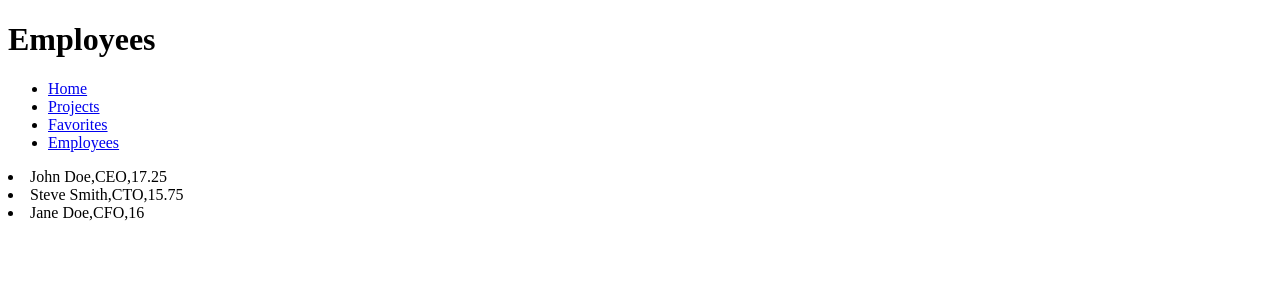
Repository: Kayla-amr/workApp
Page: client/employees.html
These files come from the project's save history. The page is drawn as it stood at one moment and after the next save; the edit follows.
The browser window is 1280 px wide. The pictures show the whole page.

Above is the page before, as saved 2023-12-04 06:04:12.
Console error: ReferenceError: employee is not defined

After the next save:
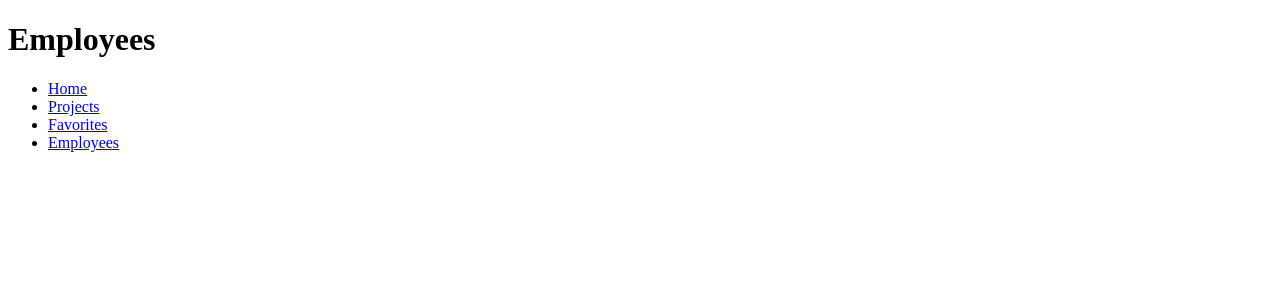
Console error: SyntaxError: Unexpected token 'function'
Saved 103 s later.
--- a/client/src/main.js
+++ b/client/src/main.js
@@ -73,6 +73,8 @@
 }
 
 
+function a
+
 function viewWork(employees) {
     employeeList.innerText = '';
 

After the save that followed:
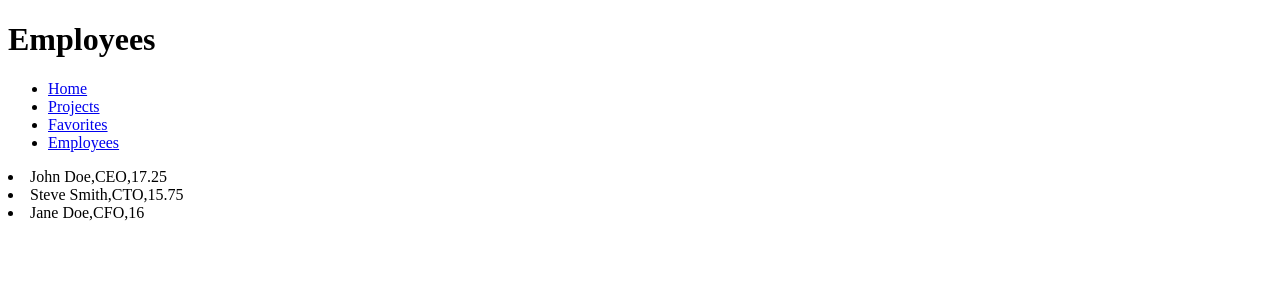
Console error: ReferenceError: employee is not defined
Saved 10 s later.
--- a/client/src/main.js
+++ b/client/src/main.js
@@ -73,7 +73,22 @@
 }
 
 
-function a
+function addEmployee() {
+    let name = document.querySelector('.name').value;
+    let title = document.querySelector('.title').value;
+    let pay = document.querySelector('.pay').value;
+    let id = employees.length + 1;
+
+    let employee = {
+        id,
+        name,
+        title,
+        pay
+    };
+
+    employees.push(employee);
+    viewWork(employees);
+}
 
 function viewWork(employees) {
     employeeList.innerText = '';
